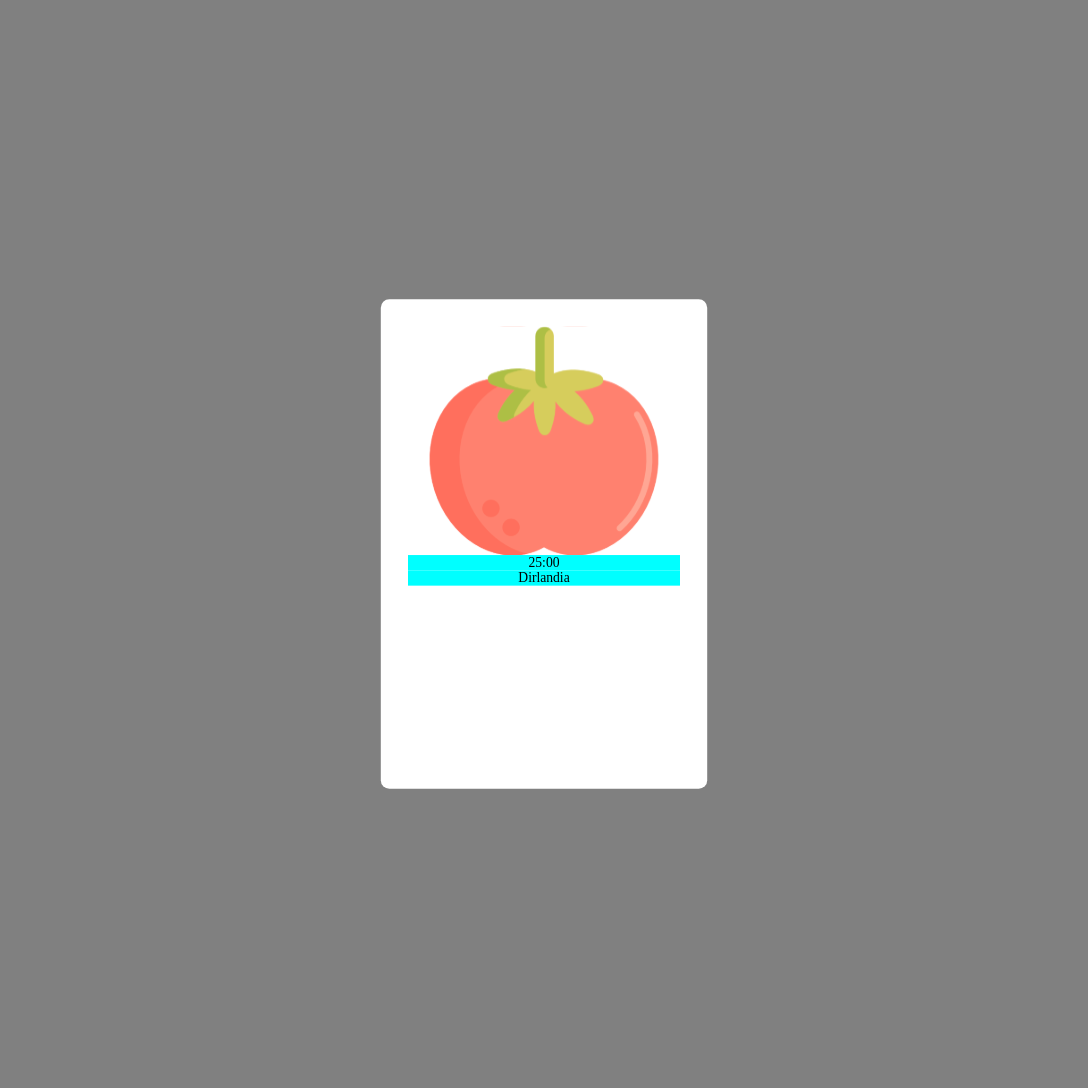
Repository: Dirlandia404/pomodoro
Page: /
These files come from the project's save history. The page is drawn as it stood at one moment and after the next save; the edit follows.
The browser window is 1280 px wide. The pictures show the whole page, at 85% of full size.
The project was rebuilt for these pictures with package versions that can differ from the ones it lists, and the page was loaded fresh each time.

Above is the page before, as saved 2021-11-24 23:27:15.

### public/index.html
<!DOCTYPE html>
<html lang="en">

<head>
  <meta charset="utf-8" />
  <link rel="icon" href="%PUBLIC_URL%/image 1.png" />
  <meta name="viewport" content="width=device-width, initial-scale=1" />
  <meta name="theme-color" content="#000000" />
  <meta name="description" content="Web site created using create-react-app" />
  <link rel="apple-touch-icon" href="%PUBLIC_URL%/logo192.png" />
  <!--
      manifest.json provides metadata used when your web app is installed on a
      user's mobile device or desktop. See https://developers.google.com/web/fundamentals/web-app-manifest/
    -->
  <link rel="manifest" href="%PUBLIC_URL%/manifest.json" />
  <!--
      Notice the use of %PUBLIC_URL% in the tags above.
      It will be replaced with the URL of the `public` folder during the build.
      Only files inside the `public` folder can be referenced from the HTML.

      Unlike "/favicon.ico" or "favicon.ico", "%PUBLIC_URL%/favicon.ico" will
      work correctly both with client-side routing and a non-root public URL.
      Learn how to configure a non-root public URL by running `npm run build`.
    -->
  <title>Pomodoro Clock</title>
</head>

<body>
  <noscript>You need to enable JavaScript to run this app.</noscript>
  <div id="root"></div>
  <!--
      This HTML file is a template.
      If you open it directly in the browser, you will see an empty page.

      You can add webfonts, meta tags, or analytics to this file.
      The build step will place the bundled scripts into the <body> tag.

      To begin the development, run `npm start` or `yarn start`.
      To create a production bundle, use `npm run build` or `yarn build`.
    -->
</body>

</html>

### src/index.jsx
import React from "react";
import ReactDOM from "react-dom";
import Clock from "./componentes/Primeiro";

function App() {
    const  tempo ={time:25};

    return(
        <div className="App">
            <Clock trabalho={tempo} />
        </div>
    );
}
ReactDOM.render(
    <App />,
    document.getElementById("root")
)

### src/componentes/Primeiro.jsx
import { useEffect, useState } from "react";
import "./componente.css";

function Clock(props){
  const [time, setTime] = useState(25);

    const tick = () =>{
        if(time === 0){
            reset();
        }else{
            setTime([time -1]);
        }
    }
    const reset = () => setTime(parseInt(time));

    useEffect(() =>{
        const timerId = setInterval(() => tick, 60);
        return () => clearInterval(timerId)
    })
    return (
        <main>
            <form action="">
                <img src="/tomato.svg" alt="Tomate" />
                <p>25:00</p>
            </form>
           <p>Dirlandia</p>
        </main>
    );
}

export default Clock

### src/componentes/componente.css
*{
    margin: 0;
    border: 0;
    padding: 0;
}
body{
    background-color: grey;
    min-width: 100vw;
    min-height: 100vw;
    display: flex;

    text-align: center;
    align-items: center;
    justify-content: center;
}
main {
    background-color: white;
    min-width: 320px;
    min-height: 40vw;

    justify-content: center;

    padding: 2rem;
    border-radius: 10px;

}

form{
    display: flex;
    flex-direction: column;
}
img{
    width: 100%;
}
p{
    background-color: aqua;
    height: 50%;
}

After the next save:
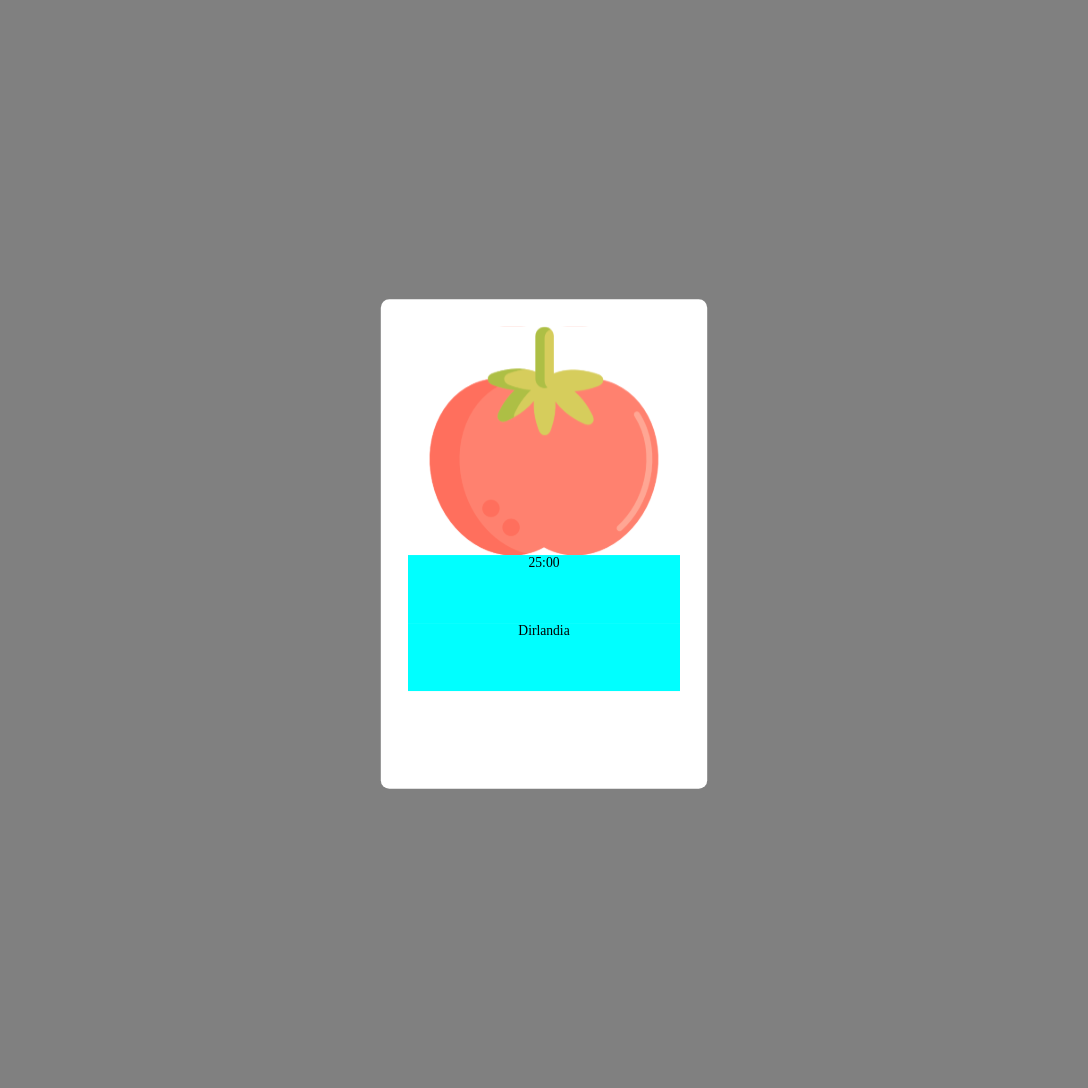
Saved 27 s later.
--- a/src/componentes/componente.css
+++ b/src/componentes/componente.css
@@ -34,5 +34,5 @@ img{
 }
 p{
     background-color: aqua;
-    height: 50%;
+    height: 80px;
 }
